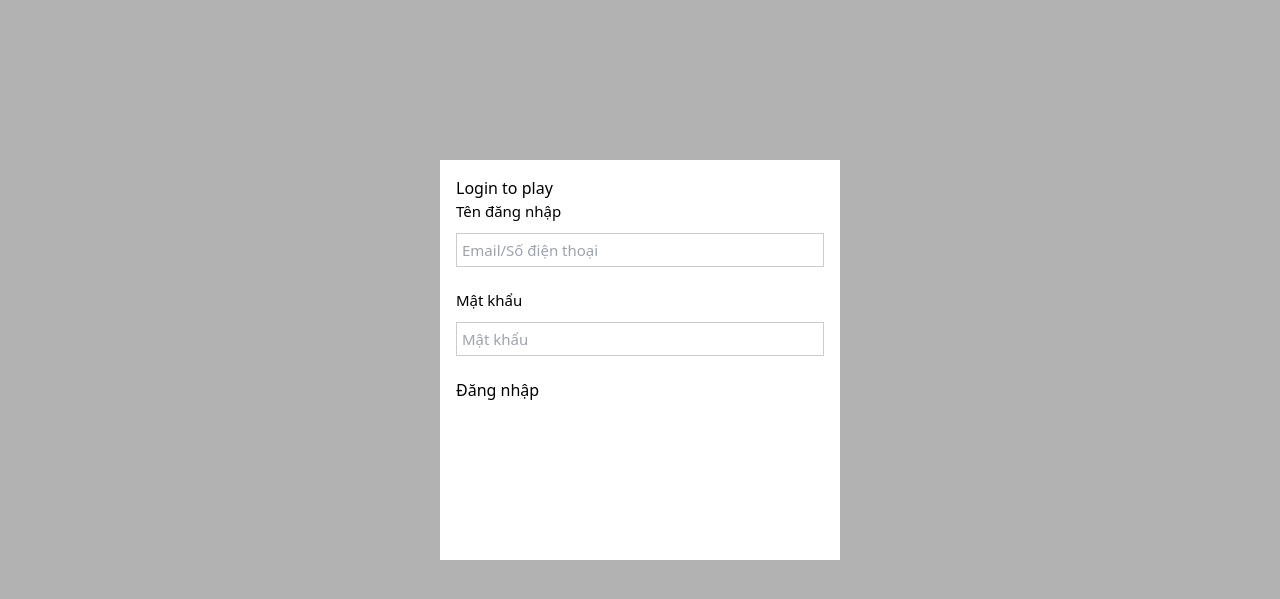
Repository: Teddy1705/demo_pj
Page: /
An editor plug-in stored every save of this project. The page is shown before and after the next save, followed by the edit.
The browser window is 1280 px wide. The pictures show the whole page.
The project was rebuilt for these pictures with package versions that can differ from the ones it lists, and the page was loaded fresh each time. Also part of the build but not shown: vite.config.js.

Above is the page before, as saved 2024-04-16 09:49:49.

### index.html
<!DOCTYPE html>
<html lang="en">
  <head>
    <meta charset="UTF-8" />
    <link rel="icon" type="image/svg+xml" href="/vite.svg" />
    <meta name="viewport" content="width=device-width, initial-scale=1.0" />
    <title>Tic Tac Toe</title>
    <link rel="stylesheet" href="./src/index.css" />
  </head>
  <body>
    <div id="root"></div>
    <script type="module" src="/src/main.jsx"></script>
  </body>
</html>

### src/index.css
:root {
  --white-color: #fff;
  --black-color: #000;
}

/*
1. Prevent padding and border from affecting element width. (https://github.com/mozdevs/cssremedy/issues/4)
2. Allow adding a border to an element by just adding a border-width. (https://github.com/tailwindcss/tailwindcss/pull/116)
*/

*,
::before,
::after {
  box-sizing: border-box;
  /* 1 */
  border-width: 0;
  /* 2 */
  border-style: solid;
  /* 2 */
  border-color: #e5e7eb;
  /* 2 */
}

::before,
::after {
  --tw-content: "";
}

/*
1. Use a consistent sensible line-height in all browsers.
2. Prevent adjustments of font size after orientation changes in iOS.
3. Use a more readable tab size.
4. Use the user's configured `sans` font-family by default.
5. Use the user's configured `sans` font-feature-settings by default.
6. Use the user's configured `sans` font-variation-settings by default.
7. Disable tap highlights on iOS
*/

html,
:host {
  line-height: 1.5;
  /* 1 */
  -webkit-text-size-adjust: 100%;
  /* 2 */
  -moz-tab-size: 4;
  /* 3 */
  -o-tab-size: 4;
  tab-size: 4;
  /* 3 */
  font-family: ui-sans-serif, system-ui, sans-serif, "Apple Color Emoji",
    "Segoe UI Emoji", "Segoe UI Symbol", "Noto Color Emoji";
  /* 4 */
  font-feature-settings: normal;
  /* 5 */
  font-variation-settings: normal;
  /* 6 */
  -webkit-tap-highlight-color: transparent;
  /* 7 */
}

/*
1. Remove the margin in all browsers.
2. Inherit line-height from `html` so users can set them as a class directly on the `html` element.
*/

body {
  margin: 0;
  /* 1 */
  line-height: inherit;
  /* 2 */
}

/*
1. Add the correct height in Firefox.
2. Correct the inheritance of border color in Firefox. (https://bugzilla.mozilla.org/show_bug.cgi?id=190655)
3. Ensure horizontal rules are visible by default.
*/

hr {
  height: 0;
  /* 1 */
  color: inherit;
  /* 2 */
  border-top-width: 1px;
  /* 3 */
}

/*
Add the correct text decoration in Chrome, Edge, and Safari.
*/

abbr:where([title]) {
  -webkit-text-decoration: underline dotted;
  text-decoration: underline dotted;
}

/*
Remove the default font size and weight for headings.
*/

h1,
h2,
h3,
h4,
h5,
h6 {
  font-size: inherit;
  font-weight: inherit;
}

/*
Reset links to optimize for opt-in styling instead of opt-out.
*/

a {
  color: inherit;
  text-decoration: inherit;
}

/*
Add the correct font weight in Edge and Safari.
*/

b,
strong {
  font-weight: bolder;
}

/*
1. Use the user's configured `mono` font-family by default.
2. Use the user's configured `mono` font-feature-settings by default.
3. Use the user's configured `mono` font-variation-settings by default.
4. Correct the odd `em` font sizing in all browsers.
*/

code,
kbd,
samp,
pre {
  font-family: ui-monospace, SFMono-Regular, Menlo, Monaco, Consolas,
    "Liberation Mono", "Courier New", monospace;
  /* 1 */
  font-feature-settings: normal;
  /* 2 */
  font-variation-settings: normal;
  /* 3 */
  font-size: 1em;
  /* 4 */
}

/*
Add the correct font size in all browsers.
*/

small {
  font-size: 80%;
}

/*
Prevent `sub` and `sup` elements from affecting the line height in all browsers.
*/

sub,
sup {
  font-size: 75%;
  line-height: 0;
  position: relative;
  vertical-align: baseline;
}

sub {
  bottom: -0.25em;
}

sup {
  top: -0.5em;
}

/*
1. Remove text indentation from table contents in Chrome and Safari. (https://bugs.chromium.org/p/chromium/issues/detail?id=999088, https://bugs.webkit.org/show_bug.cgi?id=201297)
2. Correct table border color inheritance in all Chrome and Safari. (https://bugs.chromium.org/p/chromium/issues/detail?id=935729, https://bugs.webkit.org/show_bug.cgi?id=195016)
3. Remove gaps between table borders by default.
*/

table {
  text-indent: 0;
  /* 1 */
  border-color: inherit;
  /* 2 */
  border-collapse: collapse;
  /* 3 */
}

/*
1. Change the font styles in all browsers.
2. Remove the margin in Firefox and Safari.
3. Remove default padding in all browsers.
*/

button,
input,
optgroup,
select,
textarea {
  font-family: inherit;
  /* 1 */
  font-feature-settings: inherit;
  /* 1 */
  font-variation-settings: inherit;
  /* 1 */
  font-size: 100%;
  /* 1 */
  font-weight: inherit;
  /* 1 */
  line-height: inherit;
  /* 1 */
  letter-spacing: inherit;
  /* 1 */
  color: inherit;
  /* 1 */
  margin: 0;
  /* 2 */
  padding: 0;
  /* 3 */
}

/*
Remove the inheritance of text transform in Edge and Firefox.
*/

button,
select {
  text-transform: none;
}

/*
1. Correct the inability to style clickable types in iOS and Safari.
2. Remove default button styles.
*/

button,
input:where([type="button"]),
input:where([type="reset"]),
input:where([type="submit"]) {
  -webkit-appearance: button;
  /* 1 */
  background-color: transparent;
  /* 2 */
  background-image: none;
  /* 2 */
}

/*
Use the modern Firefox focus style for all focusable elements.
*/

:-moz-focusring {
  outline: auto;
}

/*
Remove the additional `:invalid` styles in Firefox. (https://github.com/mozilla/gecko-dev/blob/2f9eacd9d3d995c937b4251a5557d95d494c9be1/layout/style/res/forms.css#L728-L737)
*/

:-moz-ui-invalid {
  box-shadow: none;
}

/*
Add the correct vertical alignment in Chrome and Firefox.
*/

progress {
  vertical-align: baseline;
}

/*
Correct the cursor style of increment and decrement buttons in Safari.
*/

::-webkit-inner-spin-button,
::-webkit-outer-spin-button {
  height: auto;
}

/*
1. Correct the odd appearance in Chrome and Safari.
2. Correct the outline style in Safari.
*/

[type="search"] {
  -webkit-appearance: textfield;
  /* 1 */
  outline-offset: -2px;
  /* 2 */
}

/*
Remove the inner padding in Chrome and Safari on macOS.
*/

::-webkit-search-decoration {
  -webkit-appearance: none;
}

/*
1. Correct the inability to style clickable types in iOS and Safari.
2. Change font properties to `inherit` in Safari.
*/

::-webkit-file-upload-button {
  -webkit-appearance: button;
  /* 1 */
  font: inherit;
  /* 2 */
}

/*
Add the correct display in Chrome and Safari.
*/

summary {
  display: list-item;
}

/*
Removes the default spacing and border for appropriate elements.
*/

blockquote,
dl,
dd,
h1,
h2,
h3,
h4,
h5,
h6,
hr,
figure,
p,
pre {
  margin: 0;
}

fieldset {
  margin: 0;
  padding: 0;
}

legend {
  padding: 0;
}

ol,
ul,
menu {
  list-style: none;
  margin: 0;
  padding: 0;
}

/*
Reset default styling for dialogs.
*/

dialog {
  padding: 0;
}

/*
Prevent resizing textareas horizontally by default.
*/

textarea {
  resize: vertical;
}

/*
1. Reset the default placeholder opacity in Firefox. (https://github.com/tailwindlabs/tailwindcss/issues/3300)
2. Set the default placeholder color to the user's configured gray 400 color.
*/

input::-moz-placeholder,
textarea::-moz-placeholder {
  opacity: 1;
  /* 1 */
  color: #9ca3af;
  /* 2 */
}

input::placeholder,
textarea::placeholder {
  opacity: 1;
  /* 1 */
  color: #9ca3af;
  /* 2 */
}

/*
Set the default cursor for buttons.
*/

button,
[role="button"] {
  cursor: pointer;
}

/*
Make sure disabled buttons don't get the pointer cursor.
*/

:disabled {
  cursor: default;
}

/*
1. Make replaced elements `display: block` by default. (https://github.com/mozdevs/cssremedy/issues/14)
2. Add `vertical-align: middle` to align replaced elements more sensibly by default. (https://github.com/jensimmons/cssremedy/issues/14#issuecomment-634934210)
   This can trigger a poorly considered lint error in some tools but is included by design.
*/

img,
svg,
video,
canvas,
audio,
iframe,
embed,
object {
  display: block;
  /* 1 */
  vertical-align: middle;
  /* 2 */
}

/*
Constrain images and videos to the parent width and preserve their intrinsic aspect ratio. (https://github.com/mozdevs/cssremedy/issues/14)
*/

img,
video {
  max-width: 100%;
  height: auto;
}

/* Make elements with the HTML hidden attribute stay hidden by default */

[hidden] {
  display: none;
}

*,
::before,
::after {
  --tw-border-spacing-x: 0;
  --tw-border-spacing-y: 0;
  --tw-translate-x: 0;
  --tw-translate-y: 0;
  --tw-rotate: 0;
  --tw-skew-x: 0;
  --tw-skew-y: 0;
  --tw-scale-x: 1;
  --tw-scale-y: 1;
  --tw-pan-x: ;
  --tw-pan-y: ;
  --tw-pinch-zoom: ;
  --tw-scroll-snap-strictness: proximity;
  --tw-gradient-from-position: ;
  --tw-gradient-via-position: ;
  --tw-gradient-to-position: ;
  --tw-ordinal: ;
  --tw-slashed-zero: ;
  --tw-numeric-figure: ;
  --tw-numeric-spacing: ;
  --tw-numeric-fraction: ;
  --tw-ring-inset: ;
  --tw-ring-offset-width: 0px;
  --tw-ring-offset-color: #fff;
  --tw-ring-color: rgb(59 130 246 / 0.5);
  --tw-ring-offset-shadow: 0 0 #0000;
  --tw-ring-shadow: 0 0 #0000;
  --tw-shadow: 0 0 #0000;
  --tw-shadow-colored: 0 0 #0000;
  --tw-blur: ;
  --tw-brightness: ;
  --tw-contrast: ;
  --tw-grayscale: ;
  --tw-hue-rotate: ;
  --tw-invert: ;
  --tw-saturate: ;
  --tw-sepia: ;
  --tw-drop-shadow: ;
  --tw-backdrop-blur: ;
  --tw-backdrop-brightness: ;
  --tw-backdrop-contrast: ;
  --tw-backdrop-grayscale: ;
  --tw-backdrop-hue-rotate: ;
  --tw-backdrop-invert: ;
  --tw-backdrop-opacity: ;
  --tw-backdrop-saturate: ;
  --tw-backdrop-sepia: ;
  --tw-contain-size: ;
  --tw-contain-layout: ;
  --tw-contain-paint: ;
  --tw-contain-style: ;
}

::backdrop {
  --tw-border-spacing-x: 0;
  --tw-border-spacing-y: 0;
  --tw-translate-x: 0;
  --tw-translate-y: 0;
  --tw-rotate: 0;
  --tw-skew-x: 0;
  --tw-skew-y: 0;
  --tw-scale-x: 1;
  --tw-scale-y: 1;
  --tw-pan-x: ;
  --tw-pan-y: ;
  --tw-pinch-zoom: ;
  --tw-scroll-snap-strictness: proximity;
  --tw-gradient-from-position: ;
  --tw-gradient-via-position: ;
  --tw-gradient-to-position: ;
  --tw-ordinal: ;
  --tw-slashed-zero: ;
  --tw-numeric-figure: ;
  --tw-numeric-spacing: ;
  --tw-numeric-fraction: ;
  --tw-ring-inset: ;
  --tw-ring-offset-width: 0px;
  --tw-ring-offset-color: #fff;
  --tw-ring-color: rgb(59 130 246 / 0.5);
  --tw-ring-offset-shadow: 0 0 #0000;
  --tw-ring-shadow: 0 0 #0000;
  --tw-shadow: 0 0 #0000;
  --tw-shadow-colored: 0 0 #0000;
  --tw-blur: ;
  --tw-brightness: ;
  --tw-contrast: ;
  --tw-grayscale: ;
  --tw-hue-rotate: ;
  --tw-invert: ;
  --tw-saturate: ;
  --tw-sepia: ;
  --tw-drop-shadow: ;
  --tw-backdrop-blur: ;
  --tw-backdrop-brightness: ;
  --tw-backdrop-contrast: ;
  --tw-backdrop-grayscale: ;
  --tw-backdrop-hue-rotate: ;
  --tw-backdrop-invert: ;
  --tw-backdrop-opacity: ;
  --tw-backdrop-saturate: ;
  --tw-backdrop-sepia: ;
  --tw-contain-size: ;
  --tw-contain-layout: ;
  --tw-contain-paint: ;
  --tw-contain-style: ;
}

#modal {
  position: fixed;
  top: 0;
  right: 0;
  bottom: 0;
  left: 0;
  display: flex;
  align-items: center;
  justify-content: center;
}

#modal .modal__overlay {
  position: absolute;
  width: 100%;
  height: 100%;
  background-color: rgba(0, 0, 0, 0.3);
}

#modal .modal__body {
  position: relative;
  background-color: var(--white-color);
  margin: auto;
  width: 400px;
  height: 400px;
  padding: 16px;
}

.auth-form {
}

.auth-form__container {
}

.auth-form__header {
}

.auth-form__heading {
}

.auth-form__info {
}

.auth-form__info-details {
}

.auth-form__label {
  display: block;
  font-size: 15px;
}

.auth-form__info-input {
  border: 1px solid #ccc;
  width: 100%;
  font-size: 15px;
  padding: 5px;
  margin: 10px 0 22px;
}

.auth-form__btn {
}

### src/main.jsx
import React from "react";
import ReactDOM from "react-dom/client";
import App from "./App.jsx";
import { createBrowserRouter, RouterProvider } from "react-router-dom";
import Root from "./routes/root";
import "./index.css";

const router = createBrowserRouter([
  {
    path: "/",
    element: <Root />,
  },
]);

ReactDOM.createRoot(document.getElementById("root")).render(
  <React.StrictMode>
    <RouterProvider router={router} />
    <App />
  </React.StrictMode>
);

### src/routes/root.jsx
export default function Root() {
  return (
    <>
      <div id="modal">
        <div className="modal__overlay"></div>
        <div className="modal__body">
          <div className="auth-form">
            <div className="auth-form__container">
              <div className="auth-form__header">
                <h1 className="auth-form__heading">Login to play</h1>
              </div>
              <div className="auth-form__info">
                <div className="auth-form__info-details">
                  <label htmlFor="" className="auth-form__label">
                    Tên đăng nhập
                  </label>
                  <input
                    type="text"
                    className="auth-form__info-input"
                    placeholder="Email/Số điện thoại"
                  />
                </div>
                <div className="auth-form__info-details">
                  <label htmlFor="" className="auth-form__label">
                    Mật khẩu
                  </label>
                  <input
                    type="password"
                    className="auth-form__info-input"
                    placeholder="Mật khẩu"
                  />
                </div>
              </div>
              <div className="auth-form__btn">
                <a
                  href={`https://codesandbox.io/s/q2z497?file=%2Fsrc%2FApp.js&utm_medium=sandpack`}
                  className=""
                >
                  Đăng nhập
                </a>
              </div>
            </div>
          </div>
        </div>
      </div>
      <div id="detail"></div>
    </>
  );
}

Loaded but not shown: src/App.jsx (common file)

After the next save:
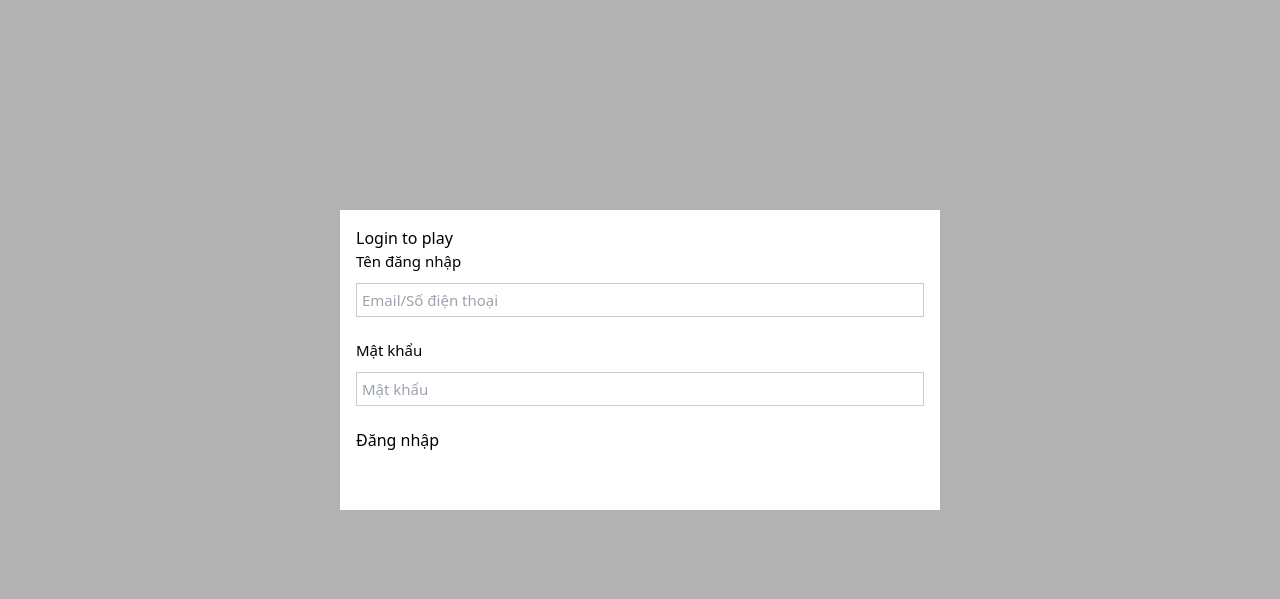
Saved 50 s later.
--- a/src/index.css
+++ b/src/index.css
@@ -582,8 +582,8 @@ video {
   position: relative;
   background-color: var(--white-color);
   margin: auto;
-  width: 400px;
-  height: 400px;
+  width: 600px;
+  min-height: 300px;
   padding: 16px;
 }
 
